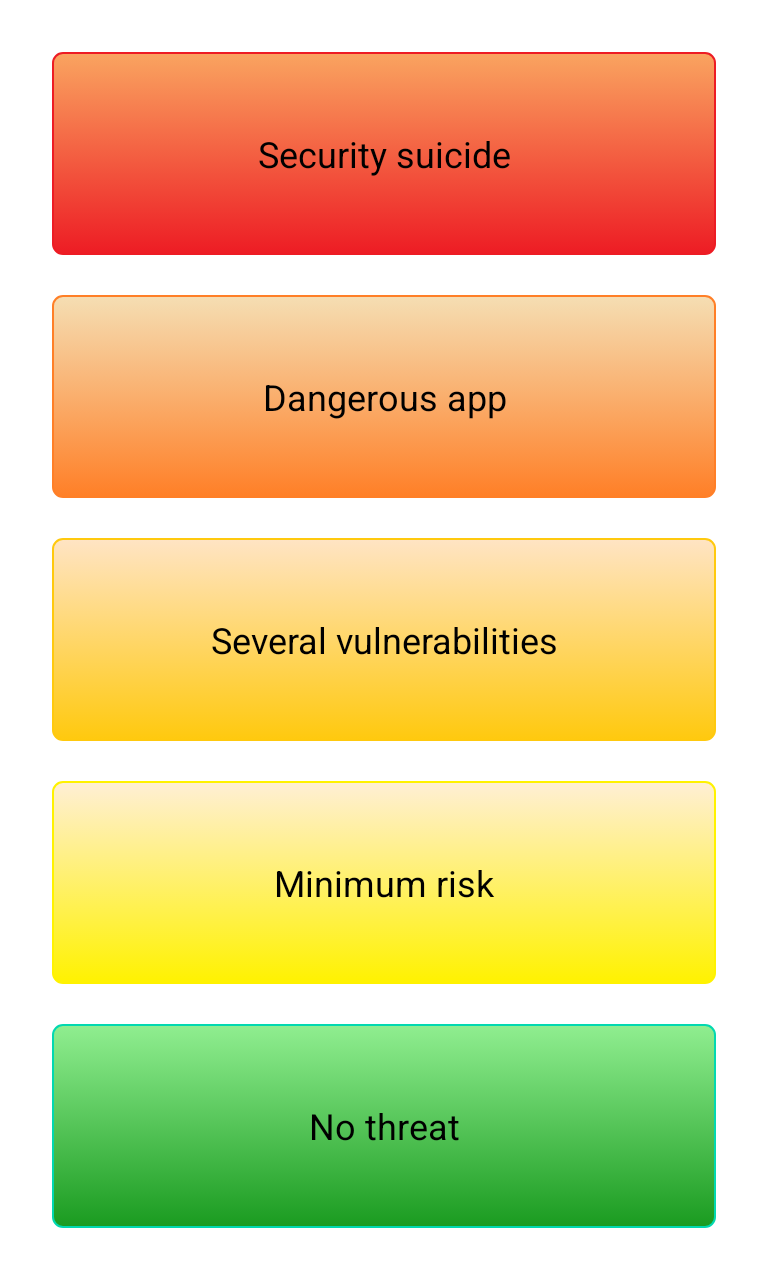
Repository: n0whereman/feidroid
Layout: Src/ApplicationViewer/res/layout/fragment_analysis2.xml
An editor plug-in stored every save of this project. The layout is shown before and after the next save, followed by the edit.
It is drawn on a 768 x 1280 px phone screen (xhdpi) without system bars, with theme android:Theme.Holo.Light; the app's code is not run.

Above is the layout before, as saved 2015-04-25 20:34:58.

### Src/ApplicationViewer/res/layout/fragment_analysis2.xml
<LinearLayout xmlns:android="http://schemas.android.com/apk/res/android"
    xmlns:tools="http://schemas.android.com/tools"
    android:layout_width="match_parent"
    android:layout_height="match_parent"
    android:fadingEdge="horizontal"
    android:orientation="vertical"
    android:paddingBottom="@dimen/activity_vertical_margin"
    android:paddingLeft="@dimen/activity_horizontal_margin"
    android:paddingRight="@dimen/activity_horizontal_margin"
    android:paddingTop="@dimen/activity_vertical_margin"
    android:weightSum="5"
    tools:context="pete.android.study.AnalysisActivity$PlaceholderFragment" >

    <Button
        android:id="@+id/btnThreadLvl5"
        android:layout_width="match_parent"
        android:layout_height="wrap_content"
        android:layout_weight="1"
        android:text="@string/threadLvl5"
        android:background="@drawable/button_thread5"
        android:layout_margin="10dp" />

    <Button
        android:id="@+id/btnThreadLvl4"
        android:layout_width="match_parent"
        android:layout_height="wrap_content"
        android:layout_weight="1"
        android:text="@string/threadLvl4"
        android:background="@drawable/button_thread4"
        android:layout_margin="10dp" />

    <Button
        android:id="@+id/btnThreadLvl3"
        android:layout_width="match_parent"
        android:layout_height="wrap_content"
        android:layout_weight="1"
        android:text="@string/threadLvl3"
        android:background="@drawable/button_thread3"
        android:layout_margin="10dp" />

    <Button
        android:id="@+id/btnThreadLvl2"
        android:layout_width="match_parent"
        android:layout_height="wrap_content"
        android:layout_weight="1"
        android:text="@string/threadLvl2"
        android:background="@drawable/button_thread2"
        android:layout_margin="10dp" />

    <Button
        android:id="@+id/btnThreadLvl1"
        android:layout_width="match_parent"
        android:layout_height="wrap_content"
        android:layout_weight="1"
        android:text="@string/threadLvl1"
        android:background="@drawable/button_thread1"
    	android:layout_margin="10dp" />

</LinearLayout>

### Src/ApplicationViewer/res/values/dimens.xml
<resources>

    <!-- Default screen margins, per the Android Design guidelines. -->
    <dimen name="activity_horizontal_margin">16dp</dimen>
    <dimen name="activity_vertical_margin">16dp</dimen>

    <dimen name="padding_8">8dp</dimen>
    <dimen name="padding_16">16dp</dimen>
    <dimen name="padding_32">32dp</dimen>
    <dimen name="padding_48">48dp</dimen>

</resources>

### Src/ApplicationViewer/res/values/strings.xml
<?xml version="1.0" encoding="utf-8"?>
<resources>

    <string name="hello">Hello World, MainActivity!</string>
    <string name="app_name">Suspicious Apps Checker</string>
    <string name="LaunchButton">Launch</string>
    <string name="AppInfoButton">Info</string>
    <string name="AnalyzeButton">Analyze</string>
    <string name="title_activity_launch">LaunchActivity</string>
    <string name="hello_world">Hello world!</string>
    <string name="action_settings">Settings</string>
    <string name="desc">Blabla</string>
    <string name="title_activity_detail">App Info</string>

    <!-- Main activity -->
    <string name="action_open_app">Launch</string>
    <string name="action_detail_app">Detail</string>

    <!-- Detail activity -->
    <string name="label_package_name">Package name:</string>
    <string name="label_class_name">Class name:</string>
    <string name="label_process_name">Process name:</string>
    <string name="label_version_name">Version name:</string>
    <string name="label_version_code">Version code:</string>
    <string name="label_sdk_version">Target SDK :</string>
    <string name="label_install_date">Install date:</string>
    <string name="label_last_update">Last update:</string>
    <string name="label_source_directory">Source directory:</string>
    <string name="label_data_directory">Data directory:</string>
    <string name="label_permissions">Permissions:</string>
    <string name="label_flags">Flags:</string>
    <string name="label_no_permissions">No permissions</string>
    <string name="Analyze_appButton">Analysis</string>

     <!-- Analysis activity -->
     <string name="label_list_of_permissions">Permisions List:</string>
     <string name="label_unsafe_permissions">Suspicious perm.:</string>
     <string name="label_choosed_category">Category:</string>
     <string name="label_score">Risk:</string>


    <!-- Category list -->
    <string name="label_Category">Category:</string>

    <string-array name="category_array">
        <item>Games</item>
        <item>Communication</item>
        <item>Entertainment</item>
        <item>Finance</item>
        <item>Health</item>
        <item>Lifestyle</item>
        <item>Multimedia</item>
        <item>Productivity</item>
        <item>Shopping</item>
        <item>Social</item>
        <item>Sports</item>
        <item>Themes</item>
        <item>Tools</item>
        <item>Travel</item>
    </string-array>

    <string name="title_activity_analysis">App Analysis</string>
    <string name="title_analysis_detail">Analysis detail</string>
    <string name="threadLvl1">No threat</string>
    <string name="threadLvl2">Minimum risk</string>
    <string name="threadLvl3">Several vulnerabilities</string>
    <string name="threadLvl4">Dangerous app</string>
    <string name="threadLvl5">Security suicide</string>
    <string name="label_no_categories">No category</string>
    <string name="label_sha1hash">SHA1:</string>

</resources>

### Src/ApplicationViewer/res/drawable-hdpi/button_thread5.xml
<?xml version="1.0" encoding="utf-8"?>
<selector xmlns:android="http://schemas.android.com/apk/res/android" >
<item android:state_pressed="true" >
 <shape android:shape="rectangle"  >
     <corners android:radius="5dp" />
     <stroke android:width="1dip" android:color="@color/red_temp" />
     <gradient android:angle="-90" android:startColor="@color/red_temp" android:endColor="@color/red_temp"  />
 </shape>
</item>
<item android:state_focused="true">
 <shape android:shape="rectangle"  >
     <corners android:radius="5dp" />
     <stroke android:width="1dip" android:color="#971E05" />
     <solid android:color="#58857e"/>
 </shape>
</item>
<item >
<shape android:shape="rectangle"  >
     <corners android:radius="5dp" />
     <stroke android:width="1dip" android:color="@color/bright_red" />
     <gradient android:angle="-90" android:startColor="@color/red_temp" android:endColor="@color/button_red" />
 </shape>
</item>
</selector>

### Src/ApplicationViewer/res/drawable-hdpi/button_thread4.xml
<?xml version="1.0" encoding="utf-8"?>
<selector xmlns:android="http://schemas.android.com/apk/res/android" >
<item android:state_pressed="true" >
 <shape android:shape="rectangle"  >
     <corners android:radius="5dp" />
     <stroke android:width="1dip" android:color="@color/orange_temp" />
     <gradient android:angle="-90" android:startColor="@color/orange_temp" android:endColor="@color/orange_temp"  />
 </shape>
</item>
<item android:state_focused="true">
 <shape android:shape="rectangle"  >
     <corners android:radius="5dp" />
     <stroke android:width="1dip" android:color="#971E05" />
     <solid android:color="#58857e"/>
 </shape>
</item>
<item >
<shape android:shape="rectangle"  >
     <corners android:radius="5dp" />
     <stroke android:width="1dip" android:color="@color/bright_orange" />
     <gradient android:angle="-90" android:startColor="@color/orange_temp" android:endColor="@color/button_orange" />
 </shape>
</item>
</selector>

### Src/ApplicationViewer/res/drawable-hdpi/button_thread3.xml
<?xml version="1.0" encoding="utf-8"?>
<selector xmlns:android="http://schemas.android.com/apk/res/android" >
<item android:state_pressed="true" >
 <shape android:shape="rectangle"  >
     <corners android:radius="5dp" />
     <stroke android:width="1dip" android:color="@color/amber_temp" />
     <gradient android:angle="-90" android:startColor="@color/amber_temp" android:endColor="@color/amber_temp"  />
 </shape>
</item>
<item android:state_focused="true">
 <shape android:shape="rectangle"  >
     <corners android:radius="5dp" />
     <stroke android:width="1dip" android:color="#971E05" />
     <solid android:color="#58857e"/>
 </shape>
</item>
<item >
<shape android:shape="rectangle"  >
     <corners android:radius="5dp" />
     <stroke android:width="1dip" android:color="@color/bright_amber" />
     <gradient android:angle="-90" android:startColor="@color/amber_temp" android:endColor="@color/button_amber" />
 </shape>
</item>
</selector>

### Src/ApplicationViewer/res/drawable-hdpi/button_thread2.xml
<?xml version="1.0" encoding="utf-8"?>
<selector xmlns:android="http://schemas.android.com/apk/res/android" >
<item android:state_pressed="true" >
 <shape android:shape="rectangle"  >
     <corners android:radius="5dp" />
     <stroke android:width="1dip" android:color="@color/yellow_temp" />
     <gradient android:angle="-90" android:startColor="@color/yellow_temp" android:endColor="@color/yellow_temp"  />
 </shape>
</item>
<item android:state_focused="true">
 <shape android:shape="rectangle"  >
     <corners android:radius="5dp" />
     <stroke android:width="1dip" android:color="#971E05" />
     <solid android:color="#58857e"/>
 </shape>
</item>
<item >
<shape android:shape="rectangle"  >
     <corners android:radius="5dp" />
     <stroke android:width="1dip" android:color="@color/bright_yellow" />
     <gradient android:angle="-90" android:startColor="@color/yellow_temp" android:endColor="@color/button_yellow" />
 </shape>
</item>
</selector>

### Src/ApplicationViewer/res/drawable-hdpi/button_thread1.xml
<?xml version="1.0" encoding="utf-8"?>
<selector xmlns:android="http://schemas.android.com/apk/res/android" >
<item android:state_pressed="true" >
 <shape android:shape="rectangle"  >
     <corners android:radius="5dp" />
     <stroke android:width="1dip" android:color="@color/green_temp" />
     <gradient android:angle="-90" android:startColor="@color/green_temp" android:endColor="@color/green_temp"  />
 </shape>
</item>
<item android:state_focused="true">
 <shape android:shape="rectangle"  >
     <corners android:radius="5dp" />
     <stroke android:width="1dip" android:color="#971E05" />
     <solid android:color="#58857e"/>
 </shape>
</item>
<item >
<shape android:shape="rectangle"  >
     <corners android:radius="5dp" />
     <stroke android:width="1dip" android:color="@color/bright_green" />
     <gradient android:angle="-90" android:startColor="@color/green_temp" android:endColor="@color/button_green" />
 </shape>
</item>
</selector>

### Src/ApplicationViewer/res/values/colors.xml
<?xml version="1.0" encoding="utf-8"?>
<resources>
    <color name="black">#000000</color>

    <color name="perm_green">#069C00</color>
    <color name="perm_yellow">#D9CA00</color>
    <color name="perm_orange">#D45F00</color>
    <color name="perm_red">#AB0000</color>

    <!-- Green -->
	<color name="green_temp">#90EE90</color>
	<color name="green_dark">#159204</color>
	<color name="bright_green">#02D8B0</color>
	<color name="button_green">#1A9B20</color>

	<!-- Yellow -->
	<color name="yellow_temp">#FFEFD5</color>
	<color name="yellow_dark">#FFF200</color>
	<color name="bright_yellow">#FFF200</color>
	<color name="button_yellow">#FFF200</color>

	<!-- Amber -->
	<color name="amber_temp">#FFE4C4</color>
	<color name="amber_dark">#FFC90E</color>
	<color name="bright_amber">#FFC90E</color>
	<color name="button_amber">#FFC90E</color>

	<!-- Orange -->
	<color name="orange_temp">#F5DEB3</color>
	<color name="orange_dark">#FF7F27</color>
	<color name="bright_orange">#FF7F27</color>
	<color name="button_orange">#FF7F27</color>

	<!-- Red -->
	<color name="red_temp">#FAA460</color>
	<color name="red_dark">#ED1C24</color>
	<color name="bright_red">#ED1C24</color>
	<color name="button_red">#ED1C24</color>
</resources>

Loaded but not shown: Src/ApplicationViewer/res/values-w820dp/dimens.xml (common file)

After the next save:
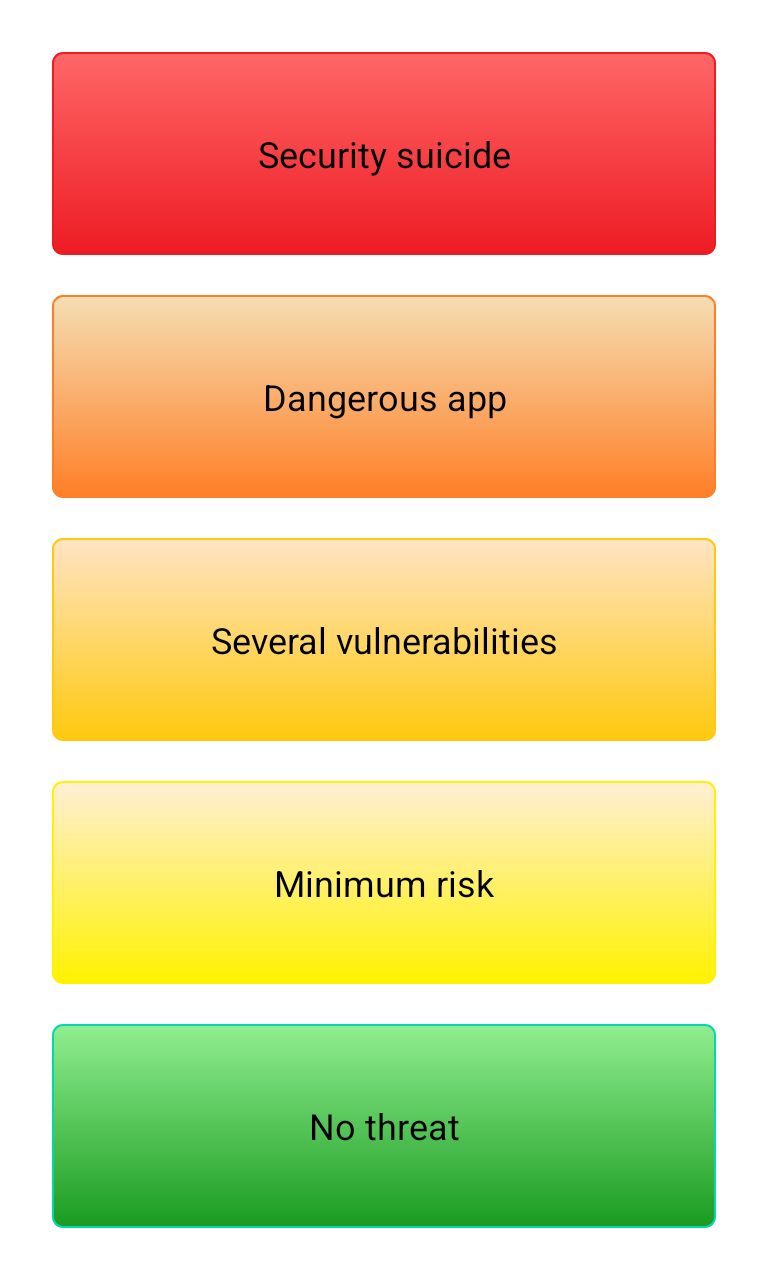
Saved 7 s later.
--- a/Src/ApplicationViewer/res/values/colors.xml
+++ b/Src/ApplicationViewer/res/values/colors.xml
@@ -32,7 +32,7 @@
 	<color name="button_orange">#FF7F27</color>
 
 	<!-- Red -->
-	<color name="red_temp">#FAA460</color>
+	<color name="red_temp">#FF6666</color>
 	<color name="red_dark">#ED1C24</color>
 	<color name="bright_red">#ED1C24</color>
 	<color name="button_red">#ED1C24</color>
